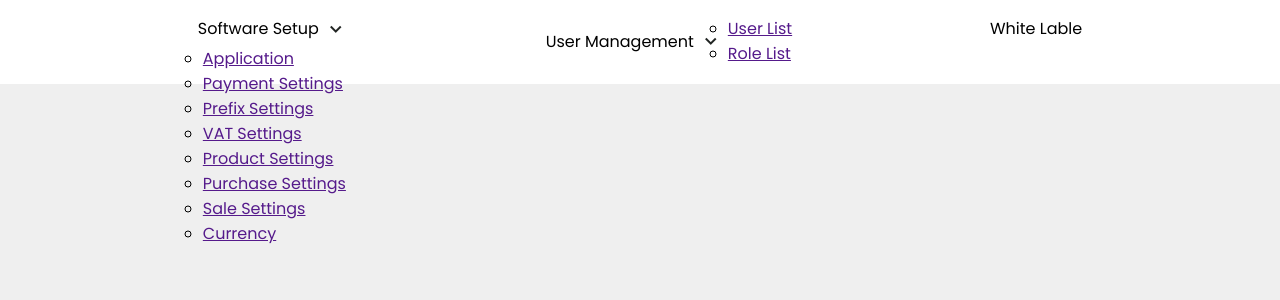
Repository: codebyaddro/pos-settings
Page: settings.html
An editor plug-in stored every save of this project. The page is shown before and after a run of saves, followed by the edit.
The browser window is 1280 px wide. The pictures show the whole page.

Above is the page before, as saved 2025-02-16 14:36:44.

### settings.html
<!DOCTYPE html>
<html lang="en">
<head>
    <meta charset="UTF-8">
    <meta name="viewport" content="width=device-width, initial-scale=1.0">
    <!-- CSS -->
    <link rel="stylesheet" href="/css/settings.css">
    <!-- ICON -->
    <link href='https://unpkg.com/boxicons@2.1.4/css/boxicons.min.css' rel='stylesheet'>
    <title>Settings - Page</title>
</head>
<body style="background-color: var(--lt-gray);">
    <div class="cba-settings-container">
        <div class="cba-settings-top-menubar">
            <ul>
                <li class="cba-stm-one">
                    Software Setup<i class='cba-top-menu-arrow bx bx-chevron-down'></i>
                    <ul class="cba-stm-one-dd">
                        <li><a href="">Application</a></li>
                        <li><a href="">Payment Settings</a></li>
                        <li><a href="">Prefix Settings</a></li>
                        <li><a href="">VAT Settings</a></li>
                        <li><a href="">Product Settings</a></li>
                        <li><a href="">Purchase Settings</a></li>
                        <li><a href="">Sale Settings</a></li>
                        <li><a href="">Currency</a></li>
                    </ul>
                </li>
                <li class="cba-stm-two">
                    User Management<i class='cba-top-menu-arrow bx bx-chevron-down'></i>
                    <ul class="cba-stm-two-dd">
                        <li><a href="">User List</a></li>
                        <li><a href="">Role List</a></li>
                    </ul>
                </li>
                <li><a href="">
                    White Lable
                </a></li>
            </ul>
        </div>
    </div>
</body>
</html>

### css/settings.css
/* -- font link -- */

@import url('https://fonts.googleapis.com/css2?family=Poppins:ital,wght@0,100;0,200;0,300;0,400;0,500;0,600;0,700;0,800;0,900;1,100;1,200;1,300;1,400;1,500;1,600;1,700;1,800;1,900&display=swap');

/* -- root css -- */

:root {
    --gray-white: #F0F1F2; /* For body*/
    --white: #FFFFFF;
    --black: #000000;
    --gray-black: #DDDDDD;
    --lt-gray: #EFEFEF;
    --lt-black: #212523;
    --lt-black-op: #21252350;
    --main-green: #157343;
    --main-lt: #37A000;
    --lt-orange: #FD7E14;
    --green: #008000;
    --lt-green: #e9f6ec;
    --lp-green: #F8FAF8;
    --red: #FF0000;
    --lt-red: #fbeaec;
}

/* -- universal style -- */

* {
    margin: 0;
    padding: 0;
    box-sizing: border-box;
    font-family: "Poppins", serif;
}

/* -- web app cursor element selection style -- */

::selection {
    color: var(--white);
    background-color: var(--main-lt);
}

/* -- settings top menu bar style -- */

.cba-settings-top-menubar > ul {
    display: flex;
    justify-content: space-evenly;
    align-items: flex-start;
    background-color: var(--white);
    padding: 1rem 0;
    list-style-type: none;
}

.cba-settings-top-menubar > ul > li {
    display: flex;
    gap: 5px;
    align-items: center;
    cursor: pointer;
    font-size: 1rem;
    border-bottom: 2px solid var(--white);
}

.cba-settings-top-menubar > ul > li:hover {
    border-bottom: 2px solid var(--main-lt);
}

.cba-settings-top-menubar > ul > li > a {
    text-decoration: none;
    color: var(--black);
}

.cba-settings-top-menubar > ul > li > .cba-top-menu-arrow {
    font-size: 1.5rem;
    color: var(--lt-black);
}

/* -- settings top menu bar dropdown style -- */

.cba-settings-top-menubar > ul > .cba-stm-one {
    position: relative;
}

.cba-settings-top-menubar > ul > li > .cba-stm-one-dd {
    position: absolute;
    top: 30px;
    left: 5px;
}

.cba-settings-top-menubar > ul > .cba-stm-one {
    position: relative;
}

.cba-settings-top-menubar > ul > li > .cba-stm-one-dd {
    position: absolute;
    top: 30px;
    left: 5px;
}

After the next 6 saves:
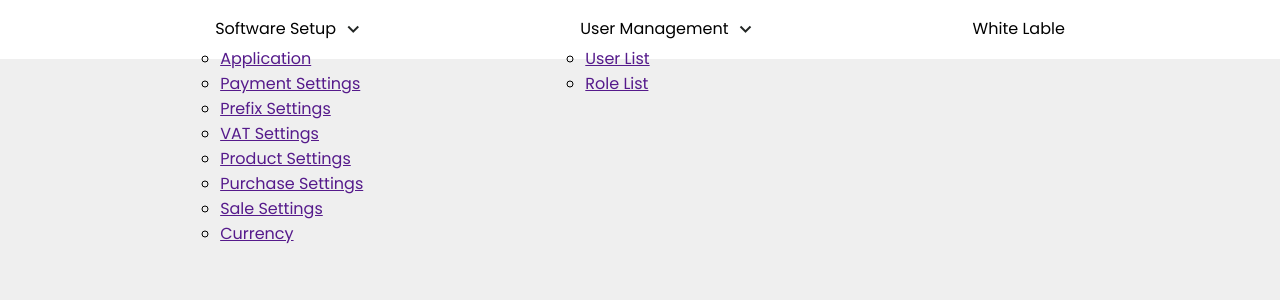
The 6 saves are shown as one change because they came seconds apart.
The last was saved 14 s later.
--- a/css/settings.css
+++ b/css/settings.css
@@ -84,11 +84,11 @@
     left: 5px;
 }
 
-.cba-settings-top-menubar > ul > .cba-stm-one {
+.cba-settings-top-menubar > ul > .cba-stm-two {
     position: relative;
 }
 
-.cba-settings-top-menubar > ul > li > .cba-stm-one-dd {
+.cba-settings-top-menubar > ul > li > .cba-stm-two-dd {
     position: absolute;
     top: 30px;
     left: 5px;
